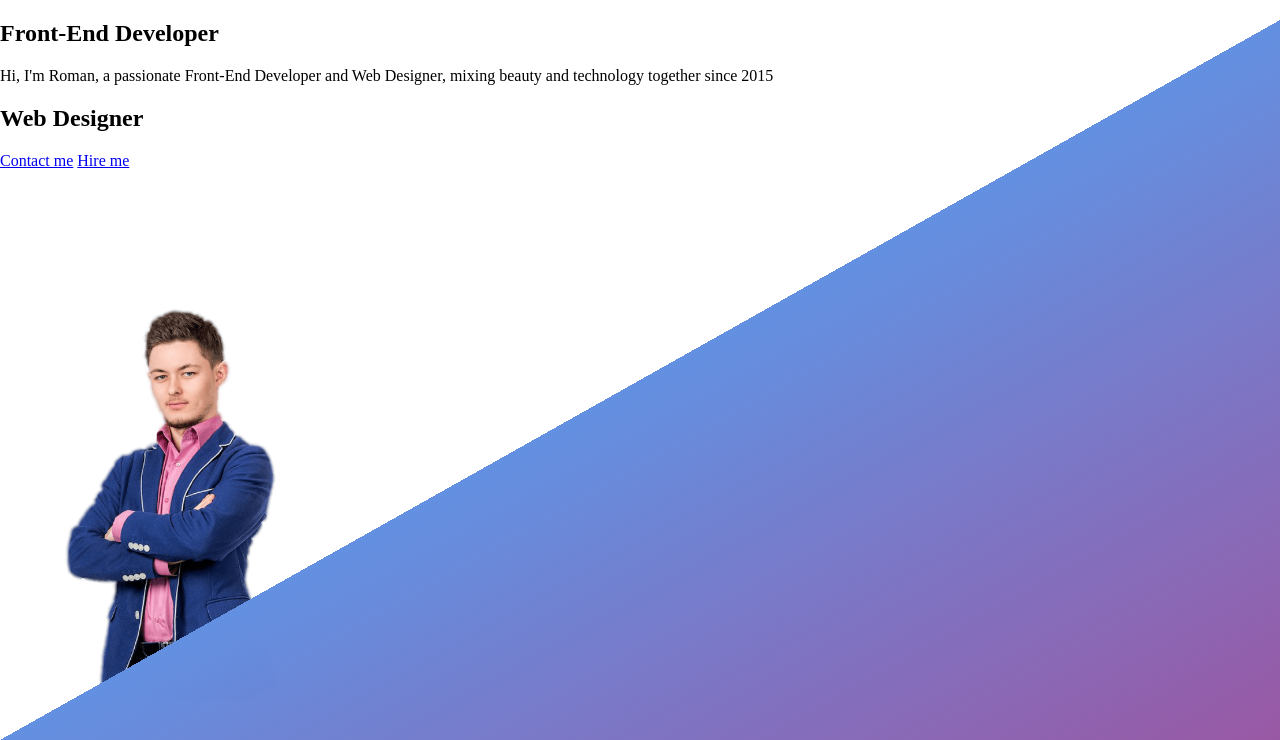
Repository: RShalman/rshalman.github.io
Page: index.html
The author's editor kept a copy of each file at every save. The page is drawn from the files as they stood at one save, then again after the next save.
The browser window is 1280 px wide. The pictures show the whole page.

Above is the page before, as saved 2018-10-18 17:22:59.

### index.html
<!DOCTYPE html>
<html>
<head>
    <meta charset="utf-8" />
    <meta http-equiv="X-UA-Compatible" content="IE=edge">
    <title>Roman Shalman - Front-End Developer</title>
    <meta name="description" content="I'm Roman Shalman, Front-End Developer and web-designer">
    <meta name="viewport" content="width=device-width, initial-scale=1">
    <link rel="stylesheet" type="text/css" media="screen" href="css/main.css" />
    <script src="js/main.js"></script>
</head>
<body>
    <main>
        <section id="intro">
            <h1 id="title">Front-End Developer</h1>
            <p id="description">Hi, I'm Roman, a passionate Front-End Developer and Web Designer, mixing beauty and technology together since 2015</p>
            <h2 id="second-prof">Web Designer</h2>
            <a href="mailto:romanshalman@gmail.com" class="my_btn">Contact me</a>
            <a href="#contacts" class="my_btn">Hire me</a>
        </section>
    </main>
</body>
</html>

### css/main.css



/* ----------------------- GENERAL SETTINGS ----------------------- */
:root {
    --main-bg-gradient: linear-gradient(to right, rgba(99,144,225,1),rgba(148,79,159,.95));
}

body, main {
    margin: 0;
}

section {
    min-height: 100vh;
}


/* ----------------------- INTRO SECTION ----------------------- */
/* Settings for intro section container */
#intro {
    background: linear-gradient(to right bottom,transparent 50%, rgba(99,144,225,1) 0%,rgba(148,79,159,.95)), url("../img/shalman-photo.png") 5vw 40vh/30vh no-repeat;
}

Loaded but not shown: js/main.js (no stored copy; drawn as an empty file)

After the next save:
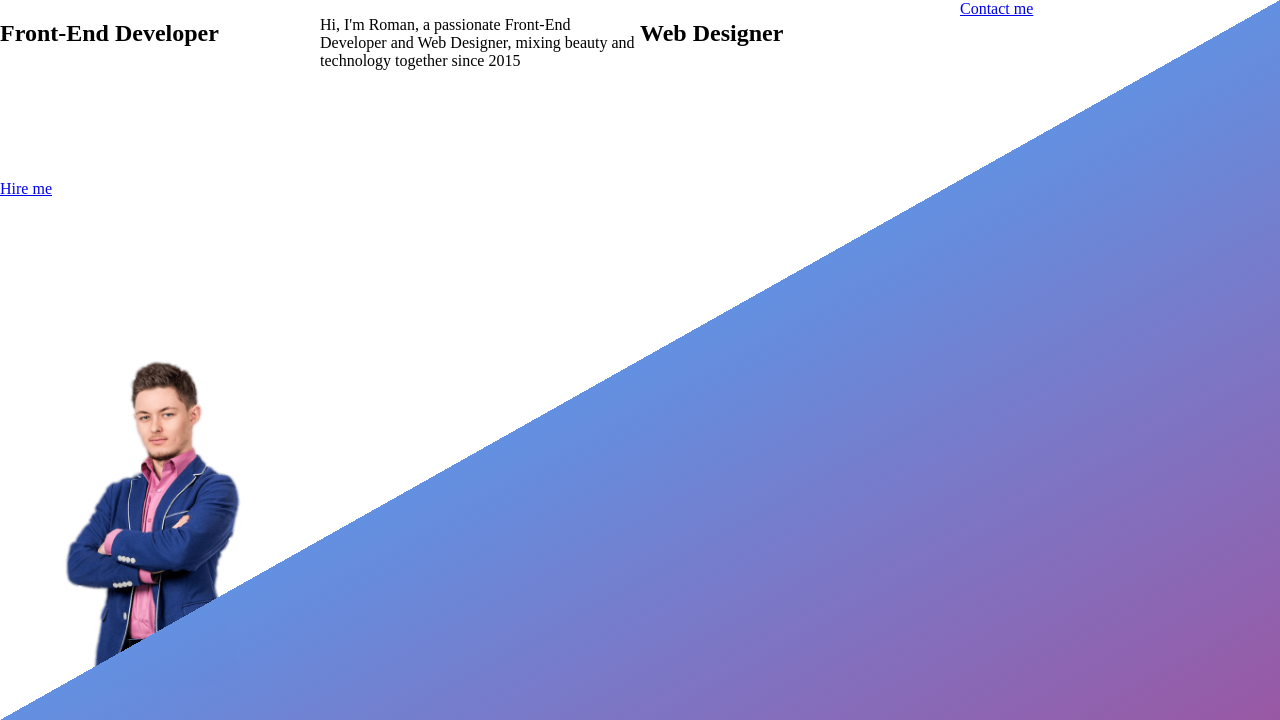
Saved 7 min 46 s later.
--- a/css/main.css
+++ b/css/main.css
@@ -18,5 +18,8 @@ section {
 /* ----------------------- INTRO SECTION ----------------------- */
 /* Settings for intro section container */
 #intro {
-    background: linear-gradient(to right bottom,transparent 50%, rgba(99,144,225,1) 0%,rgba(148,79,159,.95)), url("../img/shalman-photo.png") 5vw 40vh/30vh no-repeat;
+    background: linear-gradient(to right bottom,transparent 50%, rgba(99,144,225,1) 0%,rgba(148,79,159,.95)), url("../img/shalman-photo.png") 5vw 50vh/25vh no-repeat;
+    display: grid;
+    grid-template-columns: repeat(4, 1fr);
+    grid-template-rows: repeat(4, 1fr);
 }
